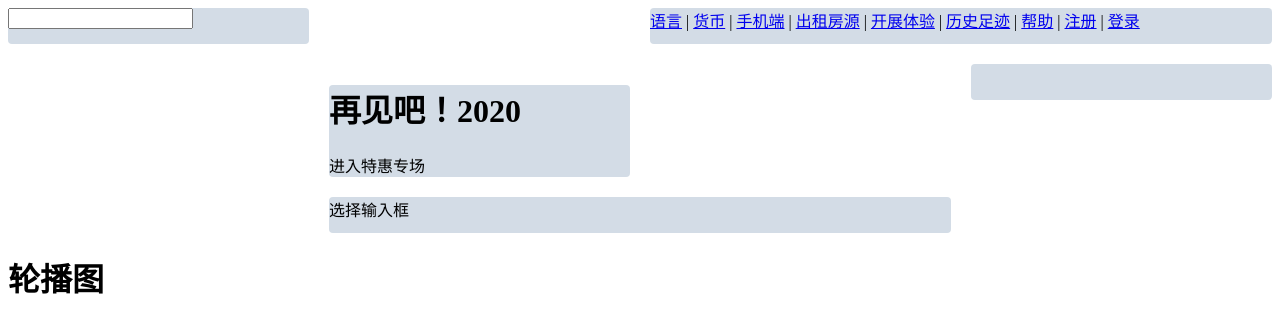
Repository: yz1181214391/my-airbnb
Page: /
The author's editor kept a copy of each file at every save. The page is drawn from the files as they stood at one save, then again after the next save.
The browser window is 1280 px wide. The page is 1282 px wide, so the pictures cover 1282 px, including what lies to the right of the window. The pictures show the whole page.
The project was rebuilt for these pictures with package versions that can differ from the ones it lists, and the page was loaded fresh each time. Also part of the build but not shown: src/views/Language.vue, src/views/Currency.vue, src/views/Enter.vue, src/views/Experience.vue, src/views/Help.vue, src/views/History.vue, src/views/Mobile.vue, src/views/Register.vue and 1 more.

Above is the page before, as saved 2020-12-09 13:30:56.

After the next save:
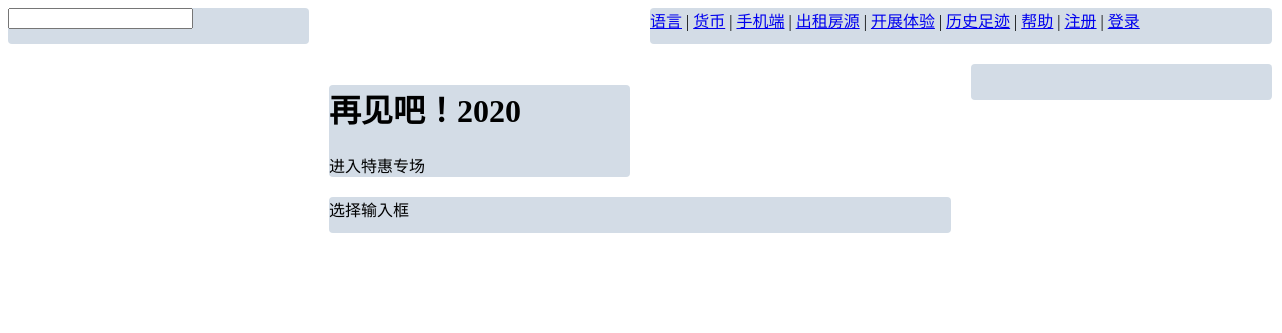
Saved 7 min 11 s later.
--- a/src/App.vue
+++ b/src/App.vue
@@ -1,7 +1,10 @@
 <template>
   <div id="app">
-    <Header/>
-    <Banner/>
+    <div class="app-header">
+      <Header/>
+      <!-- <Banner/>  -->
+    </div>
+
   </div>
 
 </template>
